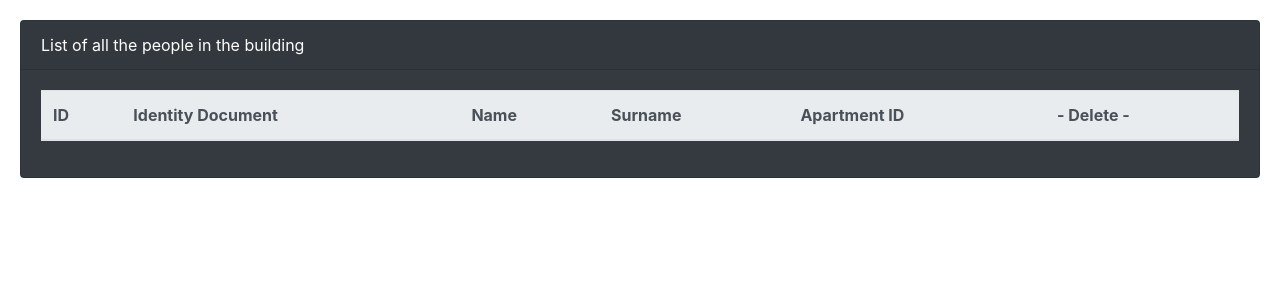
Repository: JMarJus/TalleresDUAL_2
Page: http://localhost/people
The author's editor kept a copy of each file at every save. The page is drawn from the files as they stood at one save, then again after the next save.
The browser window is 1280 px wide. The pictures show the whole page.
The page is this project's Thymeleaf template; nobody is signed in. The template is opened directly, without the code that normally fills it, so the values that code supplies are empty.

Above is the page before, as saved 2023-12-26 00:17:30.
Console error: TypeError: Cannot read properties of undefined (reading 'fn')

### spring01/src/main/resources/templates/people.html
<!DOCTYPE html>
<html xmlns:th="http://www.thymeleaf.org">
	<head>
		<meta http-equiv="Content-Type" content="text/html; charset=UTF-8" />
		<title>Spring 01 - View person</title>
		<link rel="stylesheet" href="https://stackpath.bootstrapcdn.com/bootstrap/4.3.1/css/bootstrap.min.css">
		<script src="https://stackpath.bootstrapcdn.com/bootstrap/4.3.1/js/bootstrap.min.js"></script>
	</head>
	<body class="card-body">
		<div class="card text-white bg-dark mb-3">
			<div class="card-header">List of all the people in the building</div>
			<div class="card-body">
				<table class="table table-striped table-dark">
					<thead class="thead-light">
						<tr>
							<th scope="col">ID</th>
							<th scope="col">Identity Document</th>
							<th scope="col">Name</th>
							<th scope="col">Surname</th>
							<th scope="col">Apartment ID</th>
							<th scope="col">- Delete -</th>
						</tr>
					</thead>
					<tbody>
						<th:block th:each="person:${people}">
							<tr>
								<td th:text="${person.id}"/>
								<td th:text="${person.identityDoc}"/>
								<td th:text="${person.name}"/>
								<td th:text="${person.surname}"/>
								<td th:text="${person.apartmentId}"/>
								<th:block th:each="apartment:${apartments}">
									<span th:if="${apartment.id}==${person.apartmentId}"><td th:text="${apartment.letter}"/></span>
									<th:block th:each="floor:${floors}">
										<span th:if="${floor.id}==${apartment.floorId}"><td th:text="${floor.level}"/></span>
									</th:block>
								</th:block>
								<td>
									<form th:action="@{/postRemovePerson}" method="post">
										<button type="submit" id="btnRemovePerson" name="id" th:value="${person.id}" class="btn btn-danger">X</button>
									</form>
								</td>
							</tr>
						</th:block>
					</tbody>
				</table>
			</div>
		</div>
	</body>
</html>

After the next save:
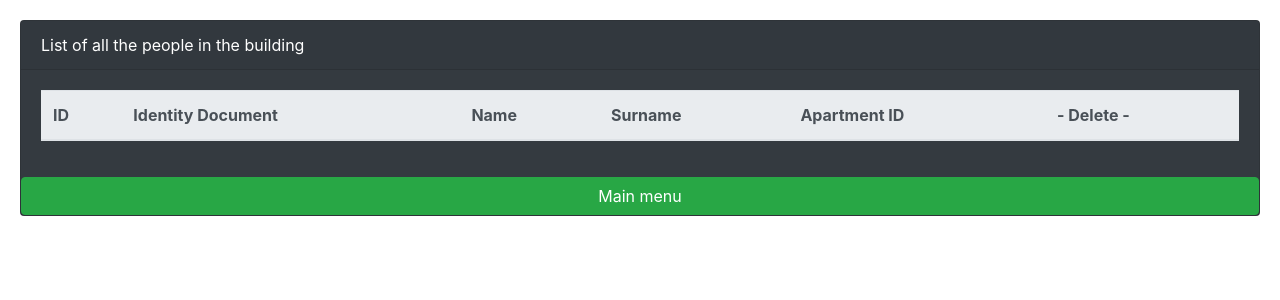
Saved 70 s later.
--- a/spring01/src/main/resources/templates/people.html
+++ b/spring01/src/main/resources/templates/people.html
@@ -45,6 +45,7 @@
 					</tbody>
 				</table>
 			</div>
+			<a th:href="@{/getIndex}" class="btn btn-success">Main menu</a>
 		</div>
 	</body>
 </html>

After the save that followed:
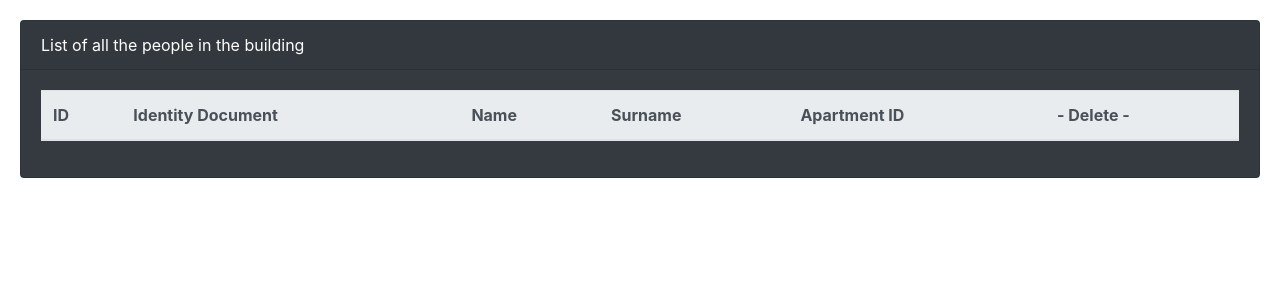
Saved 26 s later.
--- a/spring01/src/main/resources/templates/people.html
+++ b/spring01/src/main/resources/templates/people.html
@@ -45,7 +45,6 @@
 					</tbody>
 				</table>
 			</div>
-			<a th:href="@{/getIndex}" class="btn btn-success">Main menu</a>
 		</div>
 	</body>
 </html>
